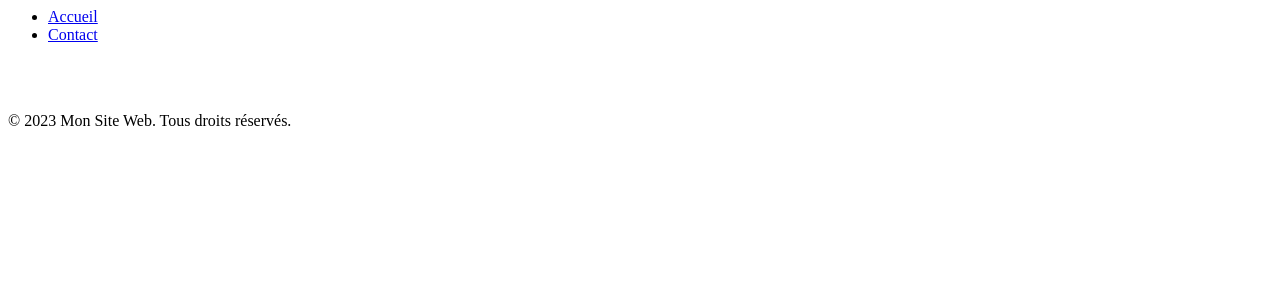
Repository: mardocheengoran/prepa-website
Page: index.html
The author's editor kept a copy of each file at every save. The page is drawn from the files as they stood at one save, then again after the next save.
The browser window is 1280 px wide. The pictures show the whole page.

Above is the page before, as saved 2025-03-19 03:33:32.

After the next save:
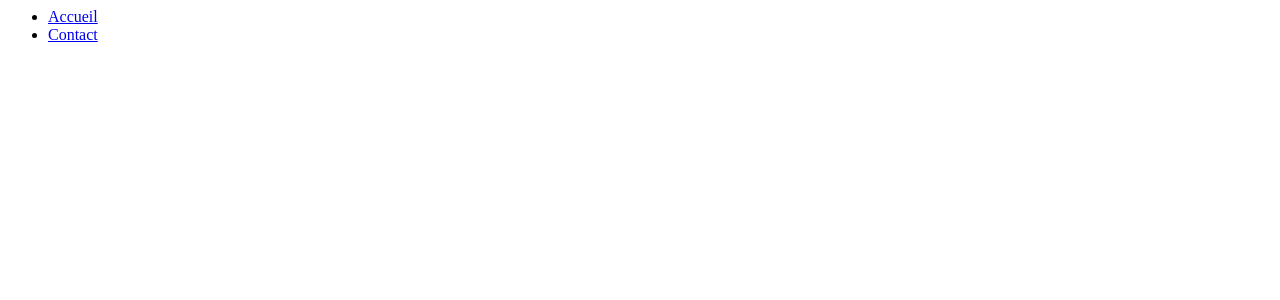
Saved 65 s later.
--- a/index.html
+++ b/index.html
@@ -10,7 +10,7 @@
 
 <body>
     <object type="text/html" data="header.html" width="100%" height="100"></object>
-    <object type="text/html" data="footer.html" width="100%" height="100"></object>
+    <embed type="text/html" data="footer.html" width="100%" height="100"></embed>
 
 </body>
 

After the save that followed:
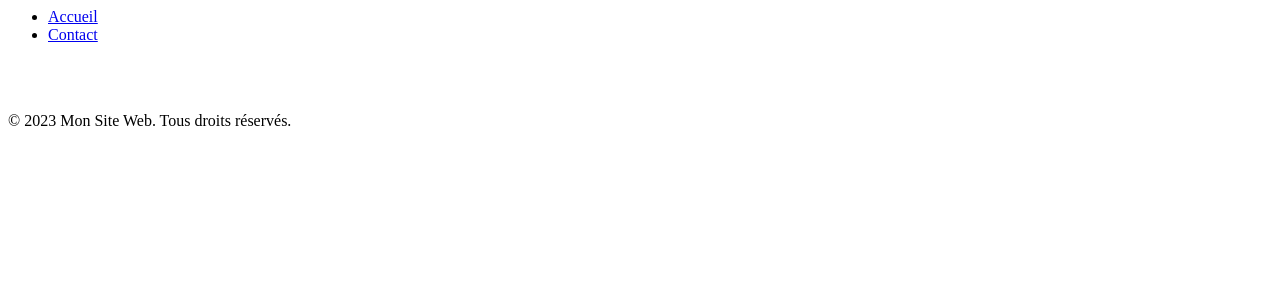
Saved 34 s later.
--- a/index.html
+++ b/index.html
@@ -10,7 +10,7 @@
 
 <body>
     <object type="text/html" data="header.html" width="100%" height="100"></object>
-    <embed type="text/html" data="footer.html" width="100%" height="100"></embed>
+    <embed src="footer.html" type="text/html">
 
 </body>
 
